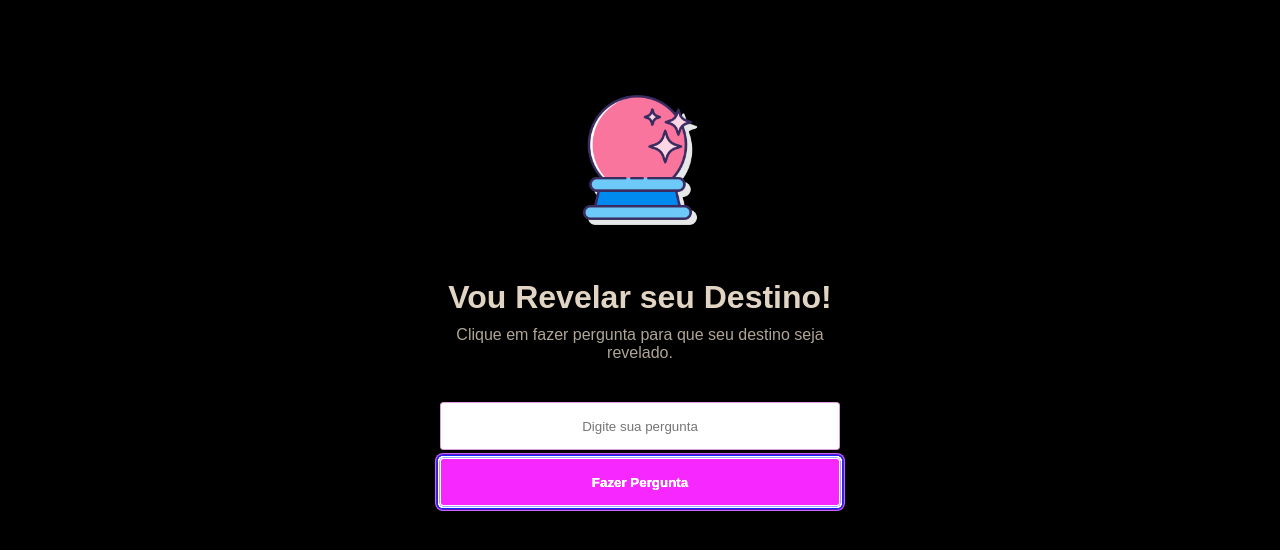
Repository: guilhermecardoso93/nlwexplorer
Page: index.html
The author's editor kept a copy of each file at every save. The page is drawn from the files as they stood at one save, then again after the next save.
The browser window is 1280 px wide. The pictures show the whole page.
The pointer rests on the first visible `button`.

Above is the page before, as saved 2022-06-09 00:05:28.

After the next save:
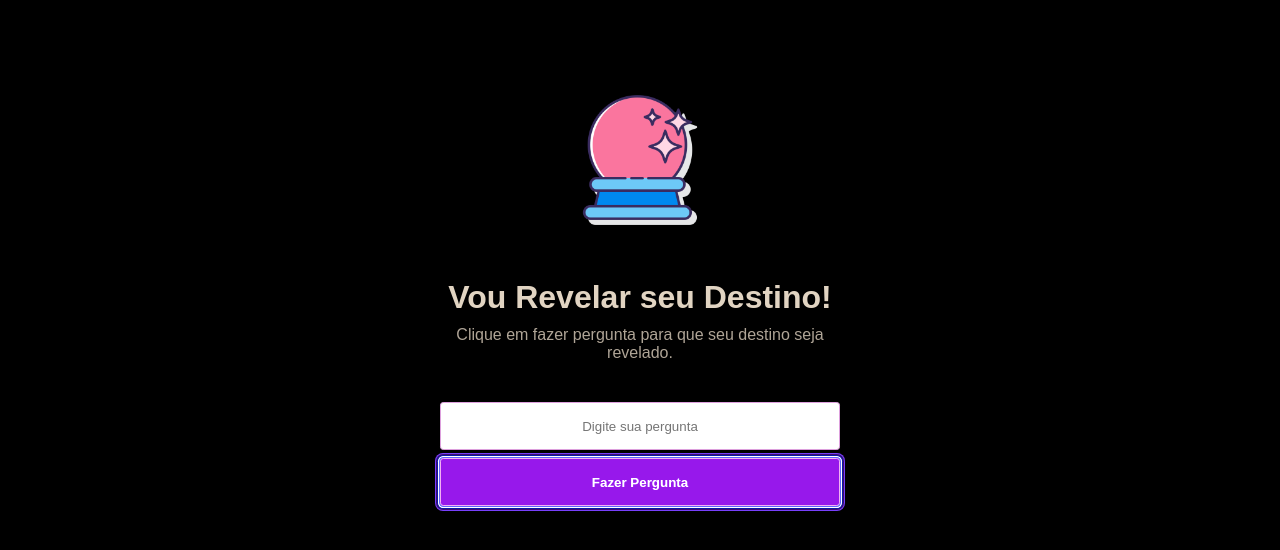
Saved 4 s later.
--- a/styles.css
+++ b/styles.css
@@ -72,7 +72,7 @@
 }
 
 button:hover {
-  filter: brightness(1.8);
+  filter: brightness(1.1);
   box-shadow: rgb(85, 91, 255) 0px 0px 0px 1px,
     rgb(255, 255, 255) 0px 0px 0px 2px, rgb(8, 23, 153) 0px 0px 0px 3px,
     rgb(60, 11, 100) 0px 0px 0px 4px, rgb(108, 57, 228) 0px 0px 0px 5px;
